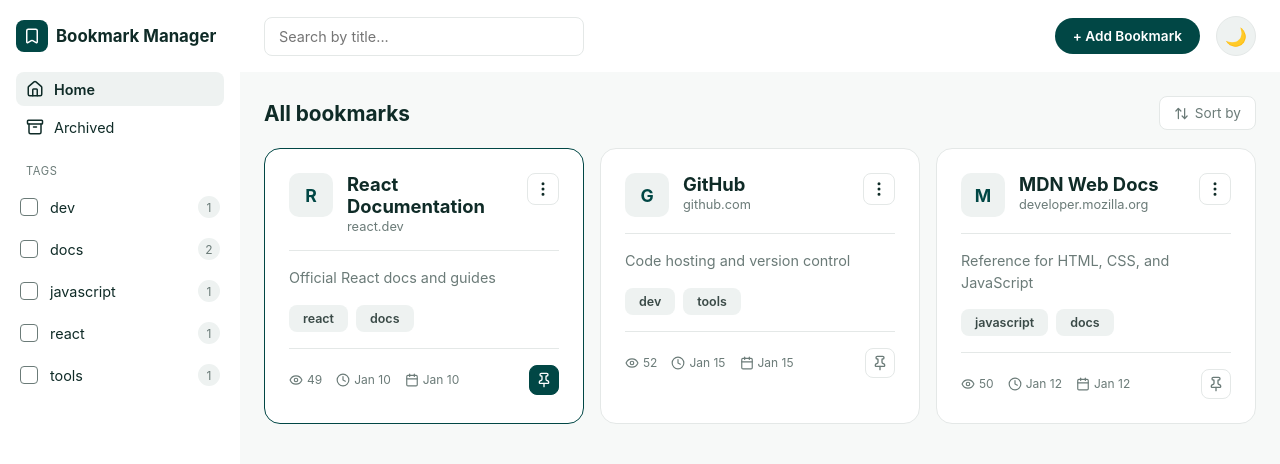
Repository: K0k1M4r/Big-Game-React
Page: /
An editor plug-in stored every save of this project. The page is shown before and after the next save, followed by the edit.
The browser window is 1280 px wide. The pictures show the whole page.
The project was rebuilt for these pictures with package versions that can differ from the ones it lists, and the page was loaded fresh each time. Also part of the build but not shown: vite.config.js, src/components/Modal.jsx, src/components/BookmarkForm.jsx, src/components/ConfirmModal.jsx.

Above is the page before, as saved 2026-10-02 19:39:14.

After the next save:
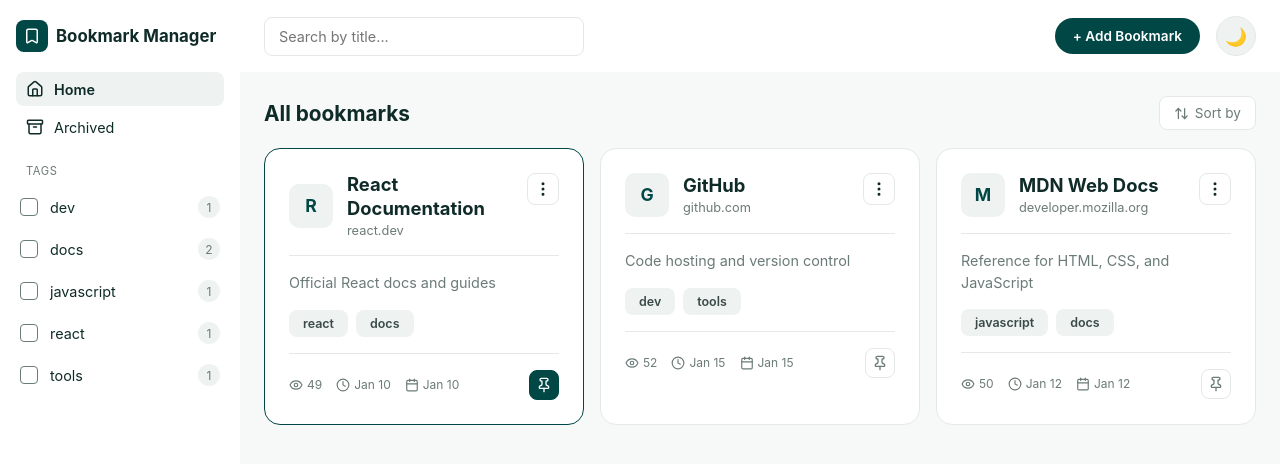
Saved 13 min 52 s later.
--- a/src/index.css
+++ b/src/index.css
@@ -436,7 +436,7 @@
 
 .bookmark-card-header {
   display: flex;
-  align-items: flex-start;
+  align-items: center;
   gap: 14px;
 }
 
@@ -452,6 +452,7 @@
   justify-content: center;
   font-weight: 700;
   font-size: 1.1rem;
+  line-height: 1;
 }
 
 .bookmark-title-group {
@@ -463,11 +464,13 @@
   font-size: 1.15rem;
   font-weight: 700;
   margin-bottom: 2px;
+  line-height: 1.3;
 }
 
 .bookmark-domain {
   font-size: 0.8rem;
   color: var(--muted-text);
+  line-height: 1.3;
 }
 
 .bookmark-divider {
@@ -501,6 +504,7 @@
 .card-menu {
   position: relative;
   flex-shrink: 0;
+  align-self: flex-start;
 }
 
 .card-menu-btn {
@@ -563,15 +567,13 @@
   gap: 14px;
   font-size: 0.75rem;
   color: var(--muted-text);
-  height: 30px;
 }
 
 .meta-item {
-  display: flex;
+  display: inline-flex;
   align-items: center;
   gap: 4px;
-  height: 30px;
-  line-height: 30px;
+  line-height: 1;
 }
 
 .bookmark-meta svg,
@@ -586,7 +588,7 @@
   width: 30px;
   height: 30px;
   padding: 0;
-  display: flex;
+  display: inline-flex;
   align-items: center;
   justify-content: center;
   border-radius: 8px;
